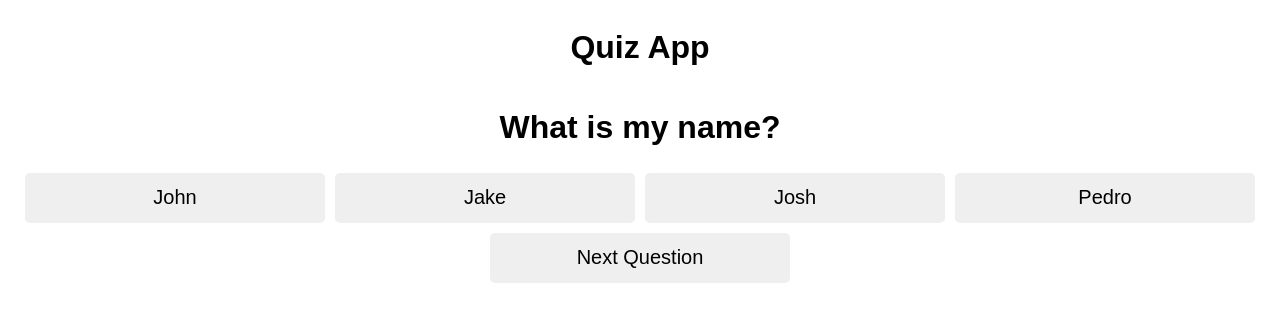
Repository: Wahid137/quiz-app
Page: /, after clicking the first element matching `button`
The author's editor kept a copy of each file at every save. The page is drawn from the files as they stood at one save, then again after a run of saves.
The browser window is 1280 px wide. The pictures show the whole page.
The project was rebuilt for these pictures with package versions that can differ from the ones it lists, and the page was loaded fresh each time. Also part of the build but not shown: vite.config.js, src/components/EndScreen.jsx, src/index.css.

Above is the page before, as saved 2023-09-17 02:22:51.

### src/App.jsx
import { useState } from "react";
import "./App.css";
import { GameStateContext } from "./helpers/Context";
import Menu from "./components/Menu";
import Quiz from "./components/Quiz";
import EndScreen from "./components/EndScreen";

function App() {
  const [gameState, setGameState] = useState("menu");
  const [userName, setUserName] = useState("");
  const [score, setScore] = useState(0);

  return (
    <div className="App">
      <h1>Quiz App</h1>
      <GameStateContext.Provider
        value={{
          gameState,
          setGameState,
          userName,
          setUserName,
          score,
          setScore,
        }}
      >
        {gameState === "menu" && <Menu />}
        {gameState === "playing" && <Quiz />}
        {gameState === "finished" && <EndScreen />}
      </GameStateContext.Provider>
    </div>
  );
}

export default App;

### src/App.css
.App{
  text-align: center;
  font-family: arial;
  display: flex;
  justify-content: center;
  align-items: center;
  flex-direction: column;
}

.Menu{
  width: 500px;
  height: 500px;
  border-radius: 10px;
  background-color: lightseagreen;
  display: flex;
  flex-direction: column;
  justify-content: center;
  align-items: center;
}

.Menu input, button{
  width: 300px;
  height: 50px;
  margin: 5px;
  border: none;
  border-radius: 5px;
  font-size: 20px;

}

button:hover{
  background-color:black;
  color: white;
  cursor: pointer;
}

### src/components/Menu.jsx
import "../App.css";
import { useContext } from "react";
import { GameStateContext } from "../helpers/Context";

const Menu = () => {
  const { setGameState, setUsername } = useContext(GameStateContext);

  return (
    <div className="Menu">
      <label>Enter Your Name:</label>
      <input
        type="text"
        placeholder="Ex. Wahid Ahmed"
        onChange={(event) => setUsername(event.target.value)}
      />
      <button onClick={() => setGameState("playing")}>Start Quiz</button>
    </div>
  );
};

export default Menu;

### src/components/Quiz.jsx
import { useState } from "react";
import "../App.css";
import { Questions } from "../helpers/Questions";
import { GameStateContext } from "../helpers/Context";

const Quiz = () => {
  const [currentQuestion, setCurrentQuestion] = useState(0);
  const [optionChosen, setOptionChosen] = useState("");

  const { score, setScore, setGameState } = useState(GameStateContext);

  const chooseOption = (option) => {
    setOptionChosen(option);
  };

  const nextQuestion = () => {
    if (Questions[currentQuestion].answer == optionChosen) {
      console.log(Questions[currentQuestion].answer);
      console.log(optionChosen);
      setScore(score + 1);
    }
    setCurrentQuestion(currentQuestion + 1);
  };

  const finishQuiz = () => {
    if (Questions[currentQuestion].answer == optionChosen) {
      setScore(score + 1);
    }
    setGameState("finished");
  };

  return (
    <div className="Quiz">
      <h1>{Questions[currentQuestion].prompt}</h1>
      <div className="questions">
        <button onClick={() => chooseOption("A")}>
          {Questions[currentQuestion].optionA}
        </button>
        <button onClick={() => chooseOption("B")}>
          {Questions[currentQuestion].optionB}
        </button>
        <button onClick={() => chooseOption("C")}>
          {Questions[currentQuestion].optionC}
        </button>
        <button onClick={() => chooseOption("D")}>
          {Questions[currentQuestion].optionD}
        </button>
      </div>

      {currentQuestion == Questions.length - 1 ? (
        <button onClick={finishQuiz} id="nextQuestion">
          Finish Quiz
        </button>
      ) : (
        <button onClick={nextQuestion} id="nextQuestion">
          Next Question
        </button>
      )}
    </div>
  );
};

export default Quiz;

### src/helpers/Questions.jsx
export const Questions = [
  {
    prompt: "What is my name?",
    optionA: "John",
    optionB: "Jake",
    optionC: "Josh",
    optionD: "Pedro",
    answer: "D",
  },
  {
    prompt: "Which of this is not a programming language?",
    optionA: "Python",
    optionB: "JavaScript",
    optionC: "MC-03",
    optionD: "Java",
    answer: "C",
  },
  {
    prompt: "Which of this is not a javascript framework?",
    optionA: "React",
    optionB: "Angular",
    optionC: "Vue",
    optionD: "Java",
    answer: "D",
  },
];

Loaded but not shown: index.html (common file); src/main.jsx (common file); src/helpers/Context.jsx (common file)

After the next 2 saves:
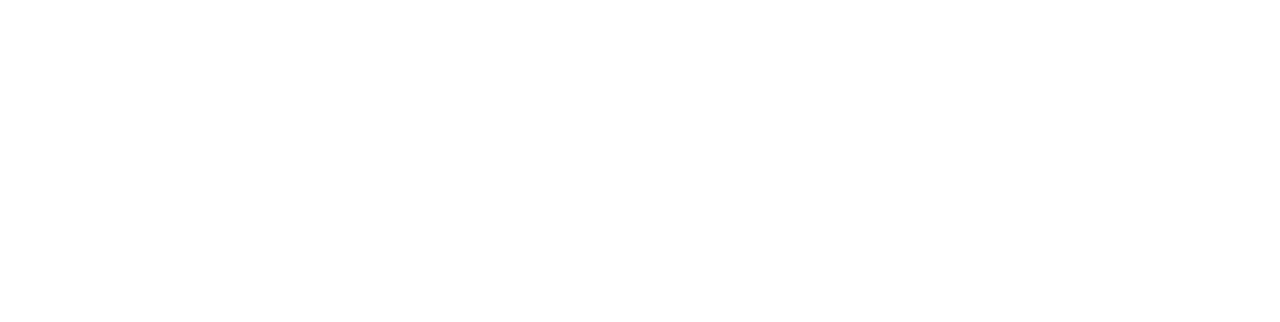
Console error: ReferenceError: useContext is not defined
The 2 saves are shown as one change because 1 did not build or start.
The last was saved 111 s later.
--- a/src/components/Quiz.jsx
+++ b/src/components/Quiz.jsx
@@ -7,8 +7,8 @@
   const [currentQuestion, setCurrentQuestion] = useState(0);
   const [optionChosen, setOptionChosen] = useState("");
 
-  const { score, setScore, setGameState } = useState(GameStateContext);
-
+  const { score, setScore, gameState, setGameState } =
+    useContext(GameStateContext);
   const chooseOption = (option) => {
     setOptionChosen(option);
   };

After the save that followed:
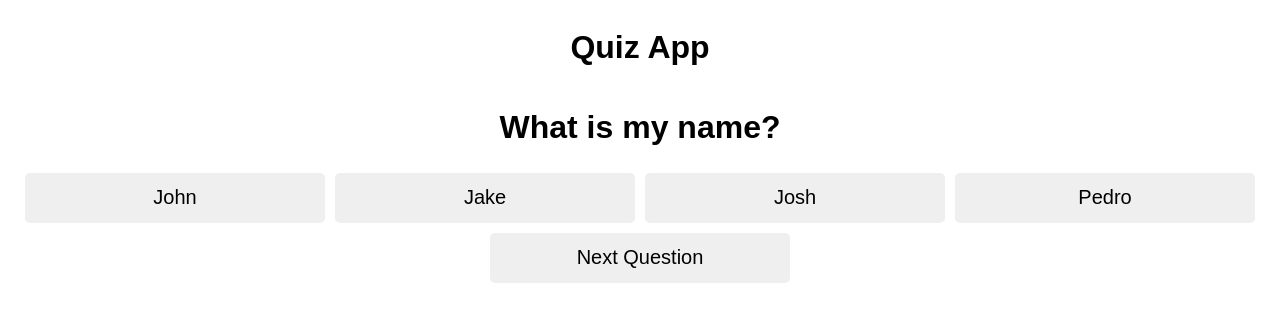
The error is gone.
Saved 58 s later.
--- a/src/components/Quiz.jsx
+++ b/src/components/Quiz.jsx
@@ -1,4 +1,4 @@
-import { useState } from "react";
+import { useContext, useState } from "react";
 import "../App.css";
 import { Questions } from "../helpers/Questions";
 import { GameStateContext } from "../helpers/Context";
@@ -9,14 +9,13 @@
 
   const { score, setScore, gameState, setGameState } =
     useContext(GameStateContext);
+
   const chooseOption = (option) => {
     setOptionChosen(option);
   };
 
   const nextQuestion = () => {
     if (Questions[currentQuestion].answer == optionChosen) {
-      console.log(Questions[currentQuestion].answer);
-      console.log(optionChosen);
       setScore(score + 1);
     }
     setCurrentQuestion(currentQuestion + 1);
